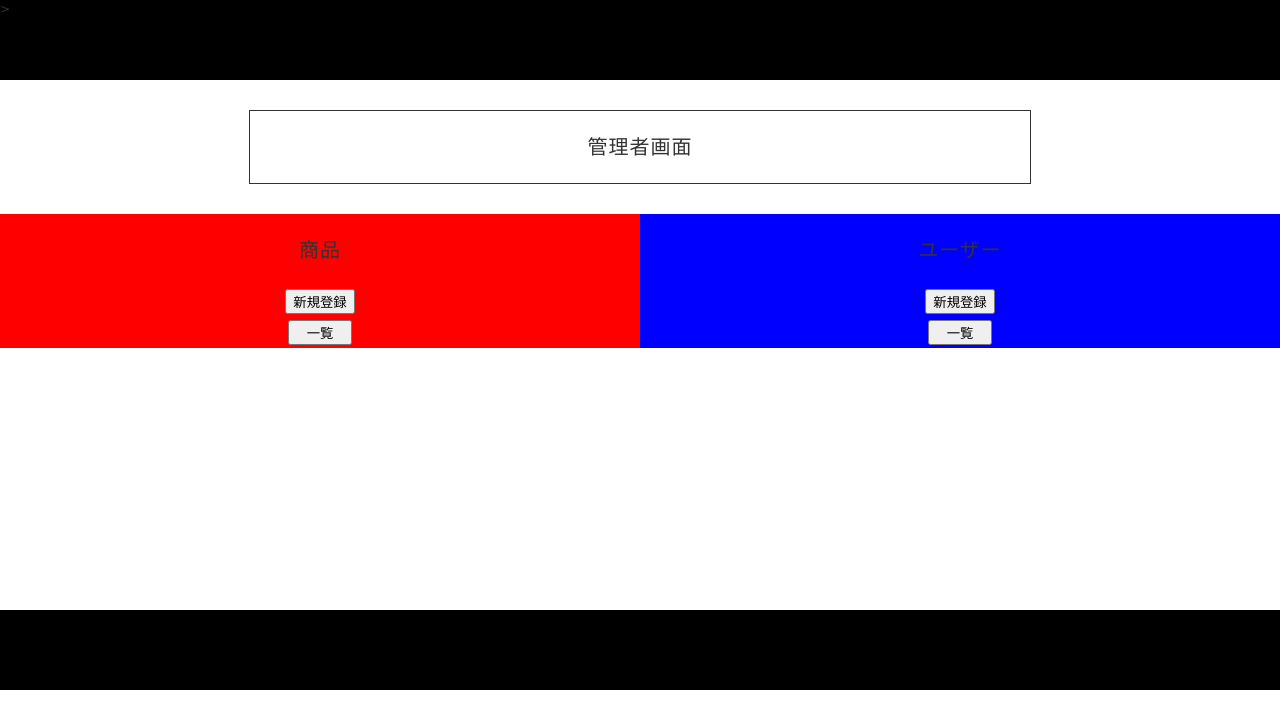
Repository: kazuki000/test
Page: http://localhost/ecsite/AdminAction.action
An editor plug-in stored every save of this project. The page is shown before and after the next save, followed by the edit.
The browser window is 1280 px wide. The pictures show the whole page.
The page is served by Tomcat 9. Other server files are loaded and not shown.

Above is the page before, as saved 2019-05-01 16:26:11.

### ecsite/WebContent/admin.jsp
<%@ page language="java" contentType="text/html; charset=UTF-8"
    pageEncoding="UTF-8"%>
<%@ taglib prefix="s" uri="/struts-tags"%>
<!DOCTYPE html PUBLIC "-//W3C//DTD HTML 4.01 Transitional//EN" "http://www.w3.org/TR/html4/loose.dtd">
<html>
<head>
	<meta http-equiv="Content-Type" content="text/html; charset=UTF-8">
	<meta http-equiv="Content-Style-Type" content="style/css"/>
	<meta http-equiv="Content-Script-Type" content="style/javascript"/>
	<meta http-equiv="imagetoolbar" content="no"/>
	<meta http-equiv="description" content=""/>
	<meta http-equiv="keywords" content=""/>
	<title>Admin</title>

	<style type="text/css">

	body{
		margin:0;
		padding:0;
		line-height:1.6;
		letter-spacing:1px;
		font-family:Verdana,Helvetica,sans-serif;
		font-size:12px;
		color:#333;
		background:#fff;
	}

	table{
		text-align:center;
		margin:0 auto;
	}

	#top{
		width:780px;
		margin:30px auto;
		border:1px solid #333;
	}

	#header{
		width:100%;
		height:80px;
		background-color:black;
	}

	#main{
		width:100%;
		height:500px;
		text-align:center;
		font-size:20px;

	}

	#left{float:left;
		width:50%;
		text-align:center;
		background-color:red;

	}

	#right{float:right;
		width:50%;
		heght:500px;
		text-align:center;
		background-color:blue;
	}

	#footer{
		width:100%;
		height:80px;
		background-color:black;
		clear:both;
	}




	</style>
</head>
<body>
	<div id="header">
	       <div id="pr">
	       </div>
	      >
	</div>
	<div id="main">
	 <div id="top">
					<p>管理者画面</p>
			</div>

			<div id="left">
						<p>商品</p>
				<s:form action="itemCreateAction">
					<s:submit value="新規登録"/>
				</s:form>
				<s:form action="itemListAction">
					<s:submit value="   一覧   "/>
				</s:form>
			</div>

			<div id="right">
					<p>ユーザー</p>
				<s:form action="itemCreateAction">
					<s:submit value="新規登録"/>
				</s:form>
				<s:form action="itemListAction">
					<s:submit value="   一覧   "/>
				</s:form>
			</div>


		</div>
		<div id="footer">
				<div id="pr">
				</div>
		</div>



</body>
</html>

After the next save:
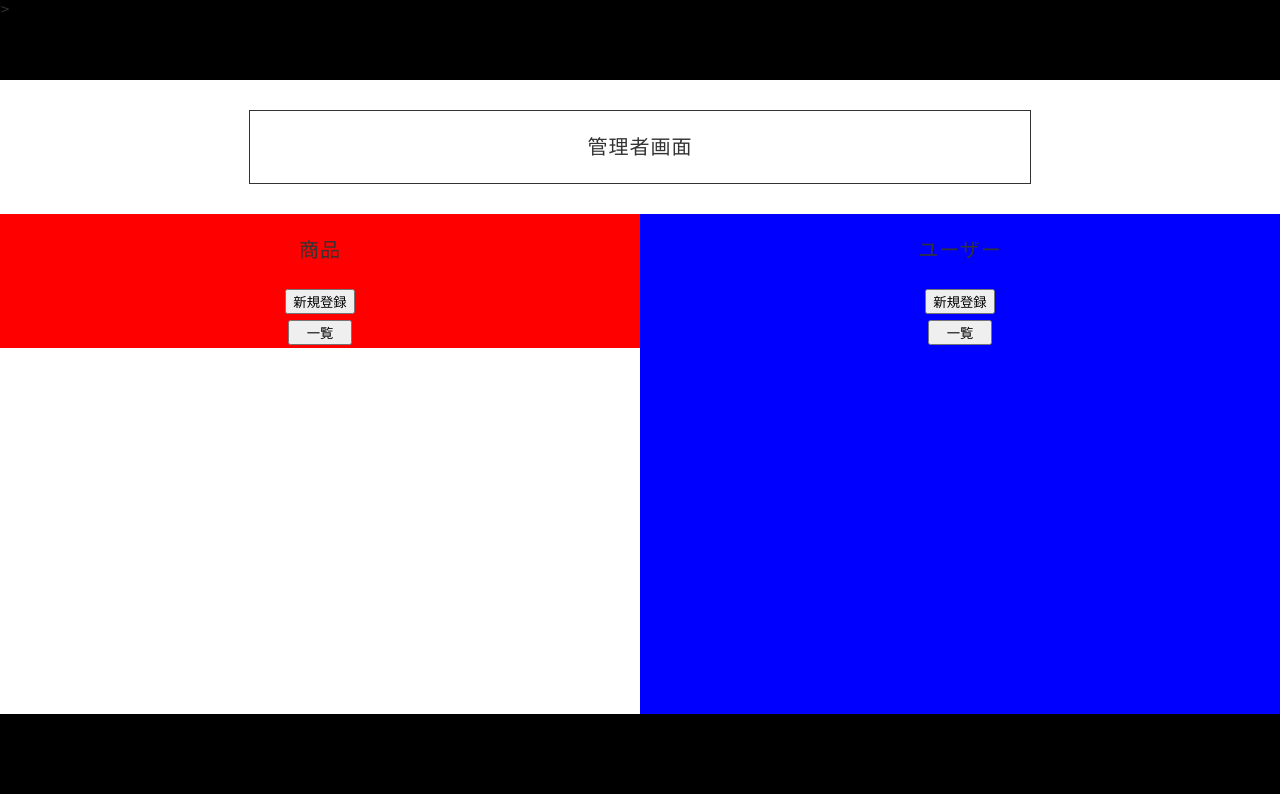
Saved 20 s later.
--- a/ecsite/WebContent/admin.jsp
+++ b/ecsite/WebContent/admin.jsp
@@ -59,7 +59,7 @@
 
 	#right{float:right;
 		width:50%;
-		heght:500px;
+		height:500px;
 		text-align:center;
 		background-color:blue;
 	}

After the save that followed:
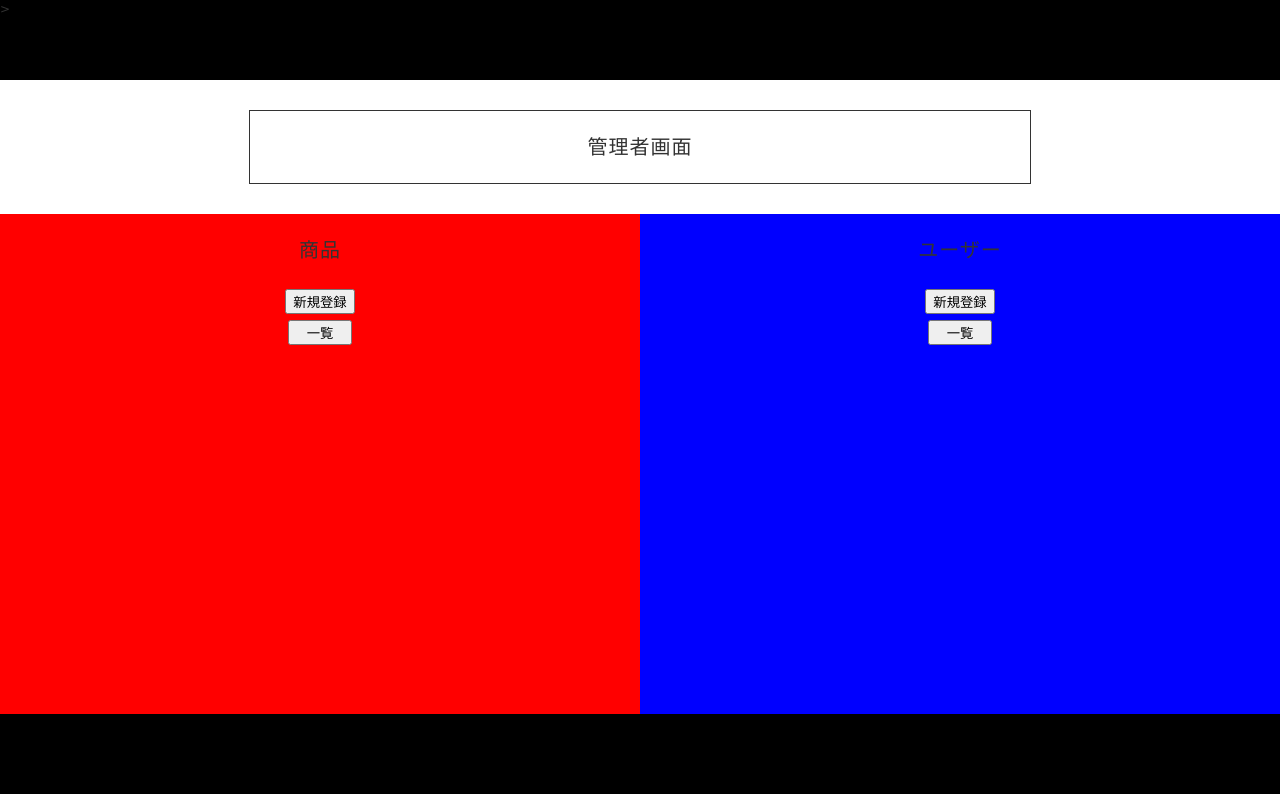
Saved 67 s later.
--- a/ecsite/WebContent/admin.jsp
+++ b/ecsite/WebContent/admin.jsp
@@ -52,6 +52,7 @@
 
 	#left{float:left;
 		width:50%;
+		height:500px;
 		text-align:center;
 		background-color:red;
 
